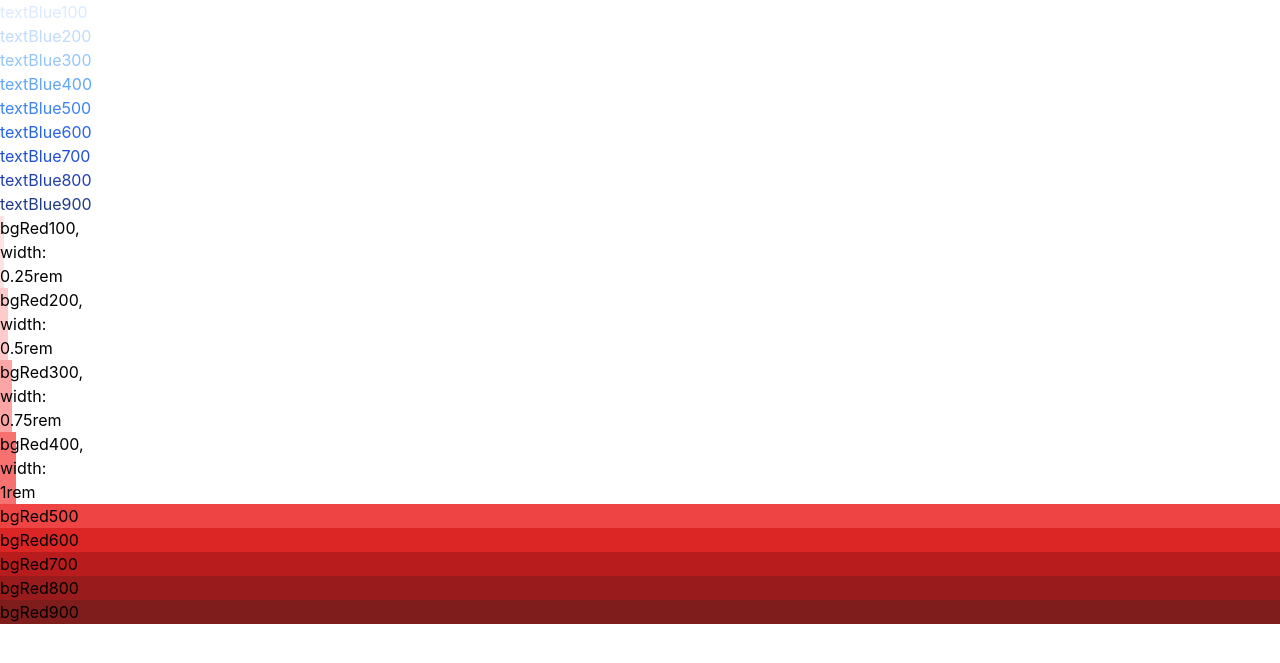
Repository: wogml3270/react-test-server
Page: /
An editor plug-in stored every save of this project. The page is shown before and after the next save, followed by the edit.
The browser window is 1280 px wide. The pictures show the whole page.
The project was rebuilt for these pictures with package versions that can differ from the ones it lists, and the page was loaded fresh each time. Also part of the build but not shown: src/App.css.

Above is the page before, as saved 2022-08-04 20:25:03.

### src/index.js
import React from 'react';
import ReactDOM from 'react-dom/client';
import './index.css';
import App from './App';
import reportWebVitals from './reportWebVitals';
import './tailwind.css';

const root = ReactDOM.createRoot(document.getElementById('root'));
root.render(
  <React.StrictMode>
    <App />
  </React.StrictMode>
);

// If you want to start measuring performance in your app, pass a function
// to log results (for example: reportWebVitals(console.log))
// or send to an analytics endpoint. Learn more: https://bit.ly/CRA-vitals
reportWebVitals();

### src/App.js

import './App.css';

function App() {
  return (
    <>
      <div className="">
        <h1 className="text-blue-100">textBlue100</h1>
        <h1 className="text-blue-200">textBlue200</h1>
        <h1 className="text-blue-300">textBlue300</h1>
        <h1 className="text-blue-400">textBlue400</h1>
        <h1 className="text-blue-500">textBlue500</h1>
        <h1 className="text-blue-600">textBlue600</h1>
        <h1 className="text-blue-700">textBlue700</h1>
        <h1 className="text-blue-800">textBlue800</h1>
        <h1 className="text-blue-900">textBlue900</h1>

        <h1 className="bg-red-100 w-1">bgRed100, width: 0.25rem</h1>
        <h1 className="bg-red-200 w-2">bgRed200, width: 0.5rem</h1>
        <h1 className="bg-red-300 w-3">bgRed300, width: 0.75rem</h1>
        <h1 className="bg-red-400 w-4">bgRed400, width: 1rem</h1>
        <h1 className="bg-red-500">bgRed500</h1>
        <h1 className="bg-red-600">bgRed600</h1>
        <h1 className="bg-red-700">bgRed700</h1>
        <h1 className="bg-red-800">bgRed800</h1>
        <h1 className="bg-red-900">bgRed900</h1>
      </div>
    </>
  );
}

export default App;

### src/tailwind.css
/* src/tailwind.css */

@tailwind base;
@tailwind components;
@tailwind utilities;

### tailwind.config.js
// tailwindcss.config.js

module.exports = {
    content: ['./src/**/*.{js,jsx,ts,tsx}', './public/index.html'],
    theme: {
        extend: {},
    },
    plugins: [],
};

Loaded but not shown: public/index.html (common file); src/index.css (common file); src/reportWebVitals.js (common file)

After the next save:
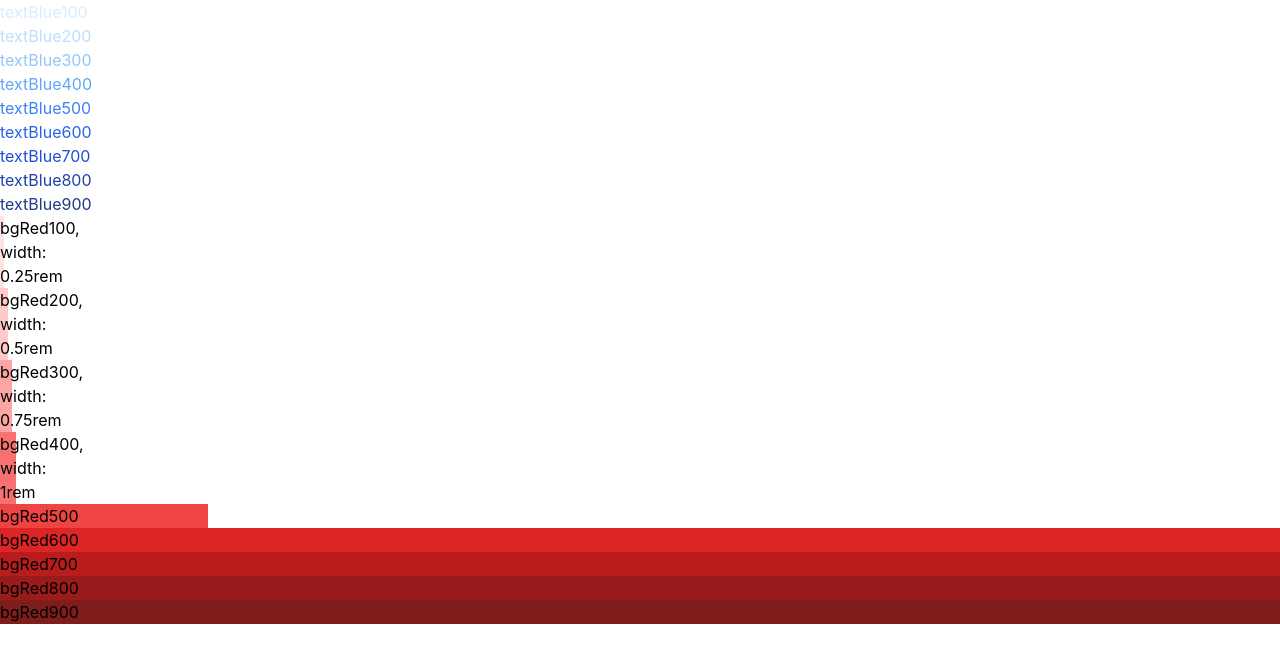
Saved 21 s later.
--- a/src/App.js
+++ b/src/App.js
@@ -19,7 +19,7 @@ function App() {
         <h1 className="bg-red-200 w-2">bgRed200, width: 0.5rem</h1>
         <h1 className="bg-red-300 w-3">bgRed300, width: 0.75rem</h1>
         <h1 className="bg-red-400 w-4">bgRed400, width: 1rem</h1>
-        <h1 className="bg-red-500">bgRed500</h1>
+        <h1 className="bg-red-500 w-52">bgRed500</h1>
         <h1 className="bg-red-600">bgRed600</h1>
         <h1 className="bg-red-700">bgRed700</h1>
         <h1 className="bg-red-800">bgRed800</h1>
